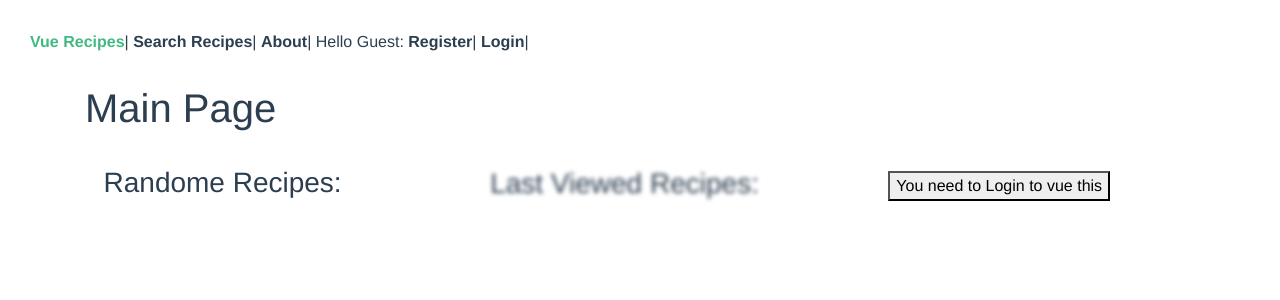
Repository: chenshor/cooking-site
Page: /#/
These files come from the project's save history. The page is drawn as it stood at one moment and after the next save; the edit follows.
The browser window is 1280 px wide. The pictures show the whole page.
The page's requests for data from a server got no answer. The project was rebuilt for these pictures with package versions that can differ from the ones it lists, and the page was loaded fresh each time. No one was signed in, and anything a server would have sent is missing. Also part of the build but not shown: vue.config.js, src/components/RecipePreview.vue, src/pages/NotFoundPage.vue, src/assets/cuisine.js, src/assets/diet.js, src/assets/intolerance.js, src/pages/SearchPage.vue, src/pages/RecipePage.vue and 6 more.

Above is the page before, as saved 2020-06-17 22:05:15.

After the next save:
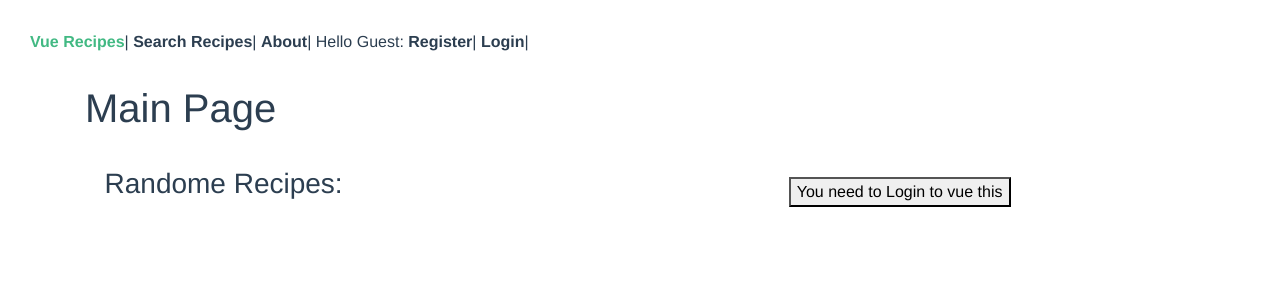
Saved 4 min 15 s later.
--- a/src/pages/MainPage.vue
+++ b/src/pages/MainPage.vue
@@ -3,13 +3,10 @@
     <h1 class="title">Main Page</h1>
     <div class="grid">
       <div class="random">
-        <RecipePreviewList
-          title="Randome Recipes"
-          class="RandomRecipes center"
-        />
+        <RecipePreviewList title="Randome Recipes" class="RandomRecipes center" />
       </div>
       <div class="lastview">
-        <RecipePreviewList
+        <LastSeen
           title="Last Viewed Recipes"
           :class="{
             RandomRecipes: true,
@@ -17,13 +14,14 @@
             center: true,
           }"
           disabled
-        >
-        </RecipePreviewList>
+        ></LastSeen>
       </div>
       <div class="buttonLogin">
-        <router-link v-if="!$root.store.username" to="/login" tag="button"
-          >You need to Login to vue this</router-link
-        >
+        <router-link
+          v-if="!$root.store.username"
+          to="/login"
+          tag="button"
+        >You need to Login to vue this</router-link>
       </div>
     </div>
   </div>
@@ -31,10 +29,11 @@
 
 <script>
 import RecipePreviewList from "../components/RecipePreviewList";
+import LastSeen from "../components/LastSeen";
 export default {
   components: {
-    RecipePreviewList,
-  },
+    RecipePreviewList
+  }
 };
 </script>
 

After the save that followed:
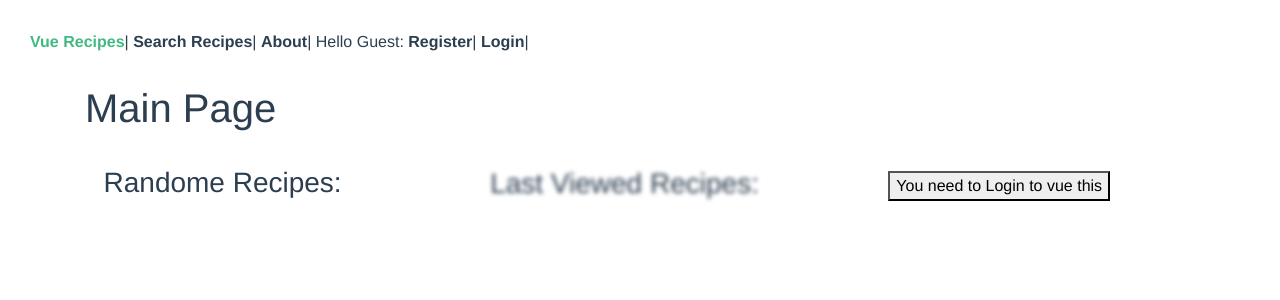
Saved 5 min 22 s later.
--- a/src/pages/MainPage.vue
+++ b/src/pages/MainPage.vue
@@ -32,7 +32,8 @@
 import LastSeen from "../components/LastSeen";
 export default {
   components: {
-    RecipePreviewList
+    RecipePreviewList,
+    LastSeen
   }
 };
 </script>
